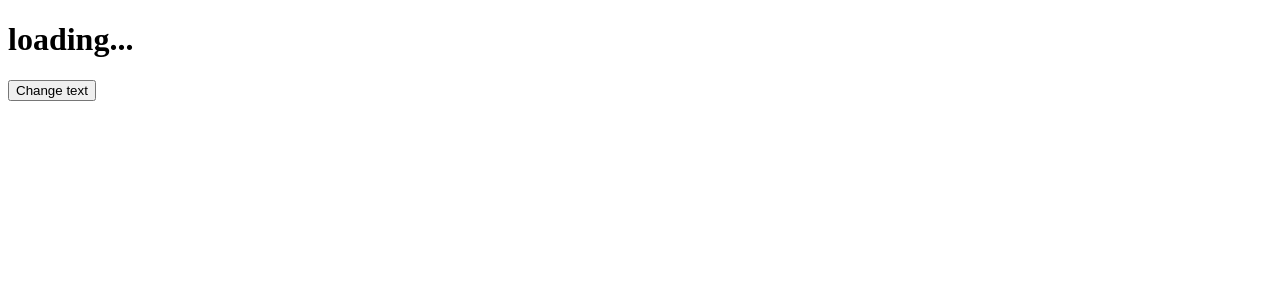
Repository: hsumyatm7308/AJAX-JS
Page: ajaxintro.html
The author's editor kept a copy of each file at every save. The page is drawn from the files as they stood at one save, then again after the next save.
The browser window is 1280 px wide. The pictures show the whole page.
After loading, the first visible `#ajax-text` was clicked once.

Above is the page before, as saved 2023-08-06 17:27:31.

After the next save:
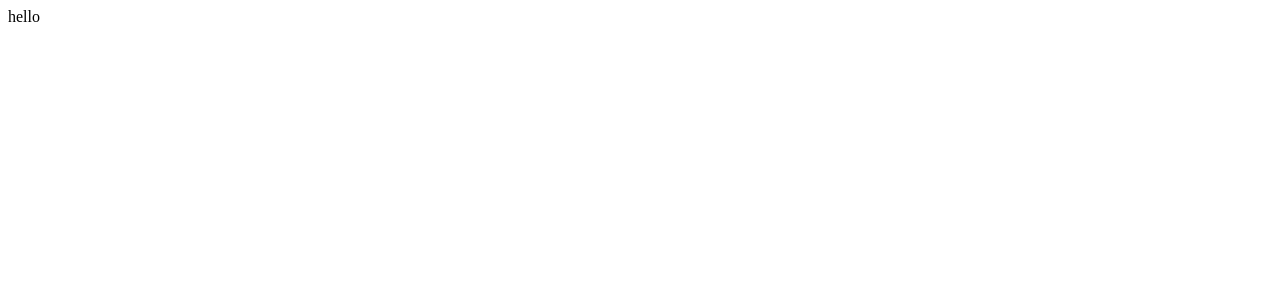
Saved 24 s later.
--- a/ajaxintro.html
+++ b/ajaxintro.html
@@ -17,7 +17,7 @@
                 const newobj = new XMLHttpRequest();
                 console.log(newobj);
                 newobj.onload = function(){
-
+                   ctn.innerHTML = "hello";
                 }
                 newobj.open('GET','ajaxintro.txt');
                 newobj.send();

After the 4 saves that followed:
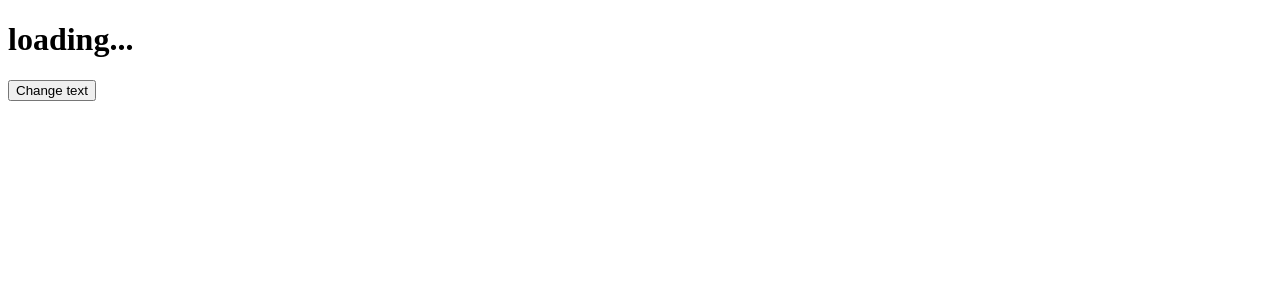
The 4 saves are shown as one change because 3 left the picture as it was.
The last was saved 110 s later.
--- a/ajaxintro.html
+++ b/ajaxintro.html
@@ -19,7 +19,7 @@
                 newobj.onload = function(){
                    ctn.innerHTML = "hello";
                 }
-                newobj.open('GET','ajaxintro.txt');
+                newobj.open('GET', 'file:///C:/Users/hsumy/OneDrive/Desktop/AJAX/ajaxintro.html');
                 newobj.send();
             })
 
